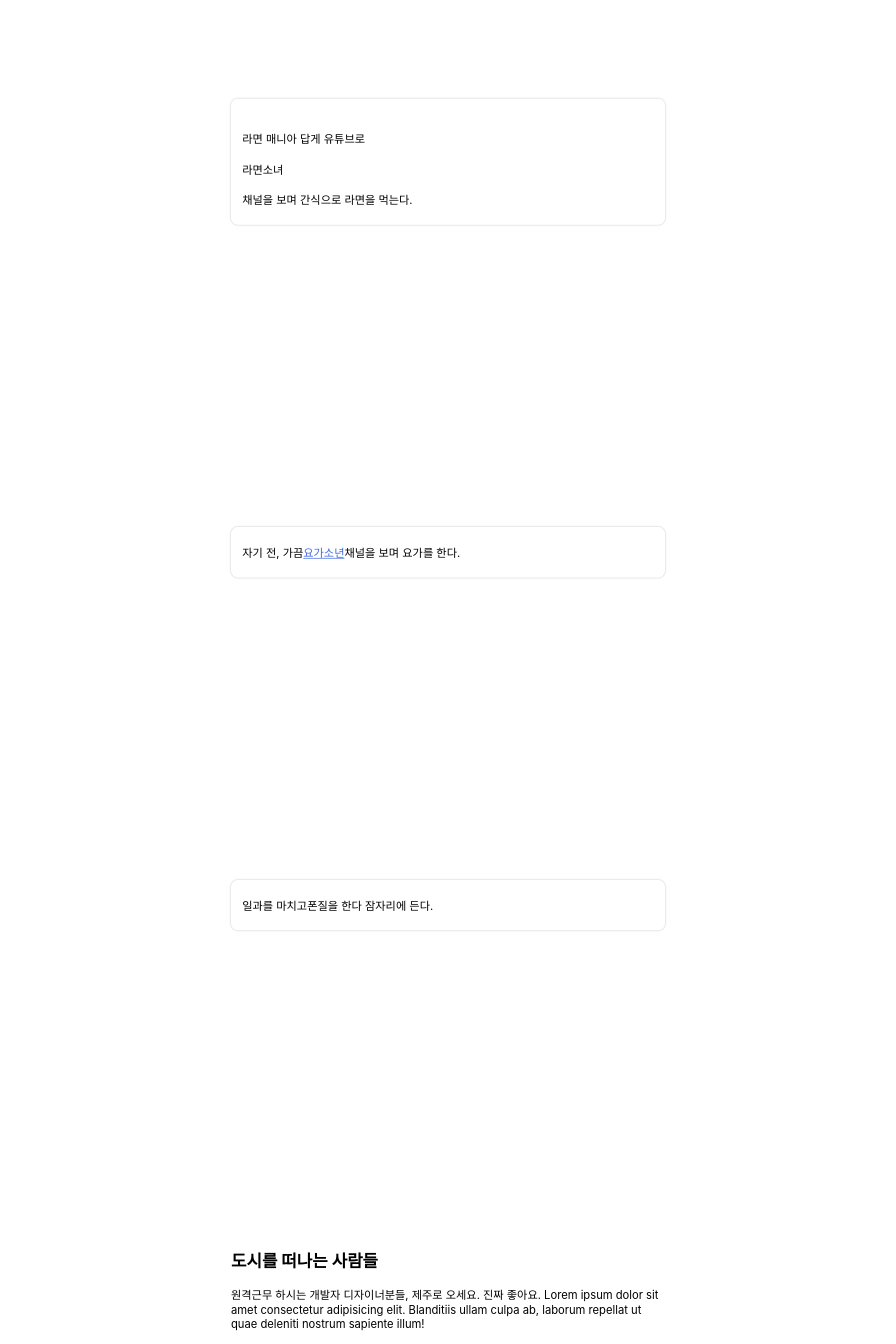
Repository: westone034626/ReactPractice
Page: /
An editor plug-in stored every save of this project. The page is shown before and after the next save, followed by the edit.
The browser window is 1280 px wide. The pictures show the part of the page from y = 4580 to 6500 px (the page is 6842 px tall before and 6950 px after), at 70% of full size.
The project was rebuilt for these pictures with package versions that can differ from the ones it lists, and the page was loaded fresh each time. Also part of the build but not shown: src/App.css.

Above is the page before, as saved 2021-10-31 23:44:30.

### src/App.js
import './App.css';
import styles from './App.module.css';

function App() {
  return (
    <div className={styles.body}>
      <div className={styles.header}>
        <div className={styles.globalWidth}>
          <h1 className={styles.pageTitle}>
            코로나19 시대, 제주 사는 개발자의 하루
          </h1>
          <p>
            이 페이지는 BBC 비주얼저널리즘 팀에서 제작한
            <a
              href="https://www.bbc.com/korean/resources/idt-48d3c9a7-4063-4289-9726-611b5ea9d7b5"
              target="_blank"
            >
              '재택근무의 일상화'... 코로나19가 바꿀 사무실의 미래
            </a>
            페이지를 비슷하게 구현해 본 개발 예제입니다. 시각적 기능만 비슷하게
            만들어 본 것이므로, 개발 방식은 전혀 다를 수도 있습니다.
            <br />
            아래의 내용은 제주 바닷가에 사는 개발자인 저의 실제 일상이기도
            하지만, 강의영상 예제로 만든 페이지이므로 내용에 큰 의미를 두고 보실
            필요는 없습니다 ㅎㅎ
            <br />
            밑으로 스크롤 해봅시다.
          </p>
        </div>
      </div>
      <div className={styles.scrollContent}>
        <div className={styles.scrollGraphic}>
          <div className={styles.graphicItem}>
            <img className={styles.sceneImg} src="img/00.png" alt="" />
          </div>
          <div className={styles.graphicItem}>
            <img className={styles.sceneImg} src="img/01.png" alt="" />
          </div>
          <div className={styles.graphicItem} data-action="birdFlies">
            <img className={styles.sceneImg} src="img/02.png" alt="" />
          </div>
          <div className={styles.graphicItem}>
            <img className={styles.sceneImg} src="img/bird.gif" alt="" />
          </div>
          <div className={styles.graphicItem}>
            <img className={styles.sceneImg} src="img/03.png" alt="" />
          </div>
          <div className={styles.graphicItem} data-action="birdFlies2">
            <img className={styles.sceneImg} src="img/04.png" alt="" />
          </div>
          <div className={styles.graphicItem}>
            <img className={styles.sceneImg} src="img/05.png" alt="" />
          </div>
          <div className={styles.graphicItem}>
            <img className={styles.sceneImg} src="img/06.png" alt="" />
          </div>
          <div className={styles.graphicItem}>
            <img className={styles.sceneImg} src="img/07.png" alt="" />
          </div>
          <div className={styles.graphicItem}>
            <img className={styles.sceneImg} src="img/08.png" alt="" />
          </div>
        </div>
        <div className={`${styles.scrollText} ${styles.globalWidth}`}>
          <div className={styles.step}>
            <p style={{ whiteSpace: 'pre-line' }}>
              {`
              일분이를 소개한다.

              1분코딩 의 마스코트이며 제주 바닷가에 사는 개발자인 일분이는
              코로나19 이전부터 재택근무를 해왔지만, 코로나19는 일분이의
              생활에도 변화를 주었다.
              `}
            </p>
          </div>
          <div className={styles.step}>
            <p style={{ whiteSpace: 'pre-line' }}>
              {`아침에 일어나면, 커피를 내리며 정신을 차린다.`}
            </p>
          </div>
          <div className={styles.step}>
            <p style={{ whiteSpace: 'pre-line' }}>
              {`사회적 거리두기를 위해 한적한 바닷길쪽으로 러닝을 한다.
              가끔 만나는 바닷새와 눈인사를 나눈다.`}
            </p>
          </div>
          <div className={styles.step}>
            <p style={{ whiteSpace: 'pre-line' }}>{`맞다, 트위터의 걔.`}</p>
          </div>
          <div className={styles.step}>
            <p
              style={{ whiteSpace: 'pre-line' }}
            >{`운동을 마치고 집에 돌아와 작업을 시작한다.`}</p>
          </div>
          <div className={styles.step}>
            <p style={{ whiteSpace: 'pre-line' }}>
              {`
              밥은 집에서 먹거나, 테이크아웃이 가능한 메뉴를 골라 탁 트인
              야외에서 먹는다. 물론 사회적 거리두기를 하기 위함이다.
          `}
            </p>
          </div>
          <div className={styles.step}>
            <p style={{ whiteSpace: 'pre-line' }}>
              {`
              보통 오후 작업은 집 근처의 일하기 좋은 카페에서 해왔지만, 코로나19
              이후에는 집에서 하는 날이 많아졌다.
              `}
            </p>
          </div>
          <div className={styles.step}>
            <p style={{ whiteSpace: 'pre-line' }}>
              {`
              라면 매니아 답게 유튜브로

                라면소녀

              채널을 보며 간식으로 라면을 먹는다.
              `}
            </p>
          </div>
          <div className={styles.step}>
            <p>
              자기 전, 가끔
              <a
                href="https://www.youtube.com/channel/UCkTRKCuFrRiXQm_gMG1uDvg"
                target="_blank"
              >
                요가소년
              </a>
              채널을 보며 요가를 한다.
            </p>
          </div>
          <div className={styles.step}>
            <p>
              일과를 마치고
              <span className={styles.strikethrough}>폰질을 한다</span> 잠자리에
              든다.
            </p>
          </div>
        </div>
      </div>
      <div className={`${styles.normalContent} ${styles.globalWidth}`}>
        <h2>도시를 떠나는 사람들</h2>
        <p>
          원격근무 하시는 개발자 디자이너분들, 제주로 오세요. 진짜 좋아요. Lorem
          ipsum dolor sit amet consectetur adipisicing elit. Blanditiis ullam
          culpa ab, laborum repellat ut quae deleniti nostrum sapiente illum!
        </p>
        <h2>언택트 시대가 온다</h2>
        <p>
          언택트(Untact)'란 '콘택트(contact: 접촉하다)'에서 부정의 의미인
          '언(un-)을 합성한 말로, 기술의 발전을 통해 비대면으로 이루어지는 활동
          경향을 의미한다. Lorem ipsum dolor sit amet consectetur adipisicing
          elit. Nam provident voluptatum numquam dolorum, quod odio.
        </p>
        <h2>내일은 어떤 모습일까</h2>
        <p>
          똑같겠지 다를게 있나 Lorem, ipsum dolor sit amet consectetur
          adipisicing elit. Qui impedit numquam atque quidem quos facere
          obcaecati deleniti labore culpa esse nostrum dicta earum rem ducimus,
          voluptates eligendi voluptate exercitationem dolorem!
        </p>
      </div>
      <footer className={styles.globalFooter}>
        <a
          href="https://www.youtube.com/channel/UC_s1FC7s5YVwDImzv-WG93Q"
          target="blank"
        >
          1분코딩
        </a>
      </footer>
    </div>
  );
}

export default App;

### src/App.module.css
.body {
  margin: 0;
}

a {
  color: royalblue;
}

img {
  max-width: 100%;
  height: auto;
}

.globalWidth {
  max-width: 620px;
  margin: 0 auto;
  padding: 0 1rem;
}

.scrollGraphic {
  position: sticky;
  top: 0;
  height: 100vh;
}

.graphicItem {
  position: absolute;
  left: 0;
  top: 0;
  width: 100%;
  height: 100%;
  display: flex;
  justify-content: center;
  align-items: center;
  /* opacity: 0; */
  transition: 0.5s;
}

.visible {
  opacity: 1;
}

.sceneImg {
  max-height: 100%;
}

.scrollText {
  position: relative;
  padding-bottom: 1px;
}

.step {
  margin-bottom: 60vh;
  background-color: rgba(255, 255, 255, 0.8);
  padding: 0.5rem 1rem;
  border-radius: 10px;
  box-shadow: rgba(0, 0, 0, 0.3) 0 0 3px;
}

Loaded but not shown: public/index.html (common file); src/index.js (common file); src/index.css (common file); src/reportWebVitals.js (common file)

After the next save:
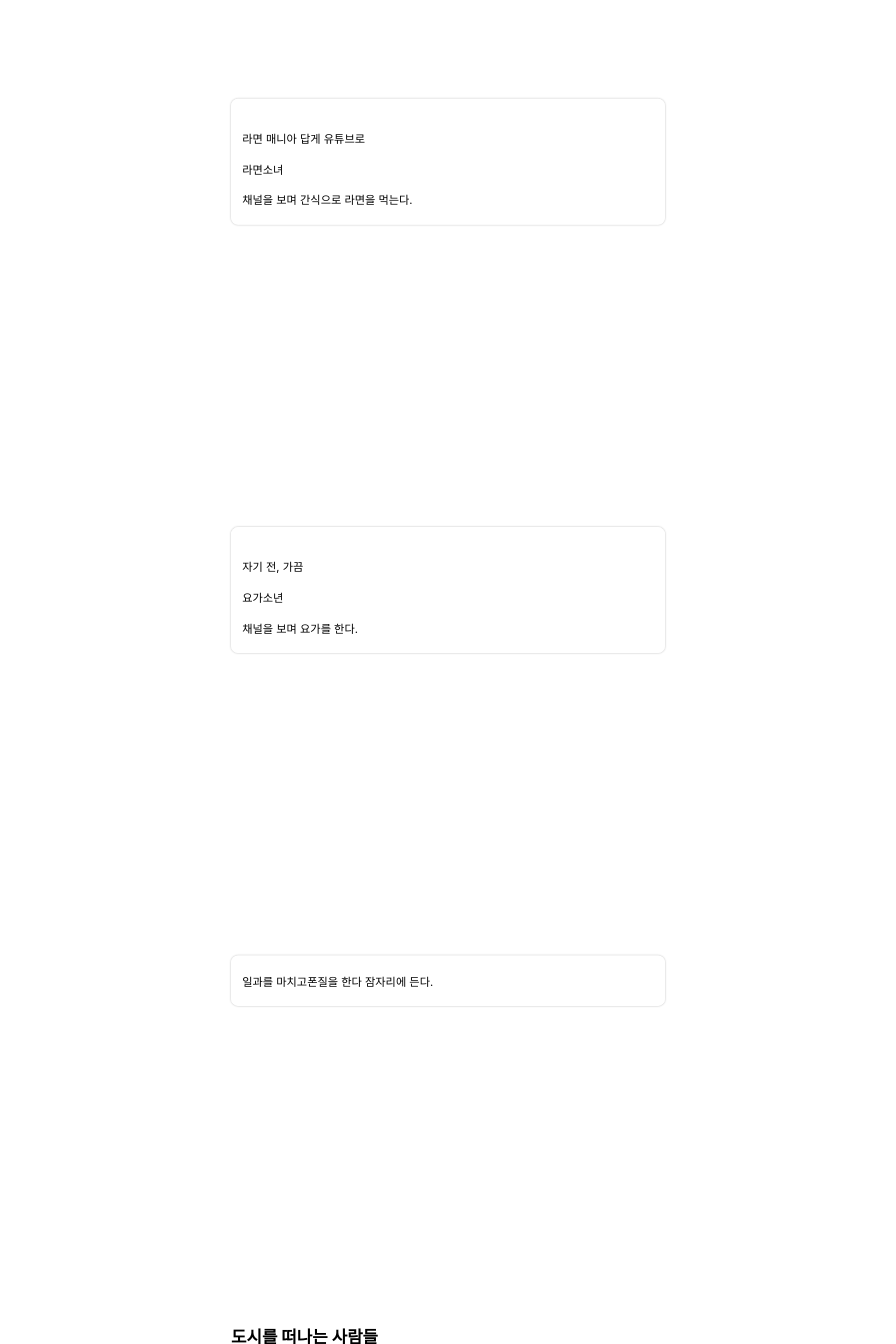
Saved 14 s later.
--- a/src/App.js
+++ b/src/App.js
@@ -120,15 +120,14 @@ function App() {
             </p>
           </div>
           <div className={styles.step}>
-            <p>
+            <p style={{ whiteSpace: 'pre-line' }}>
+              {`
               자기 전, 가끔
-              <a
-                href="https://www.youtube.com/channel/UCkTRKCuFrRiXQm_gMG1uDvg"
-                target="_blank"
-              >
+
                 요가소년
-              </a>
+
               채널을 보며 요가를 한다.
+`}
             </p>
           </div>
           <div className={styles.step}>
